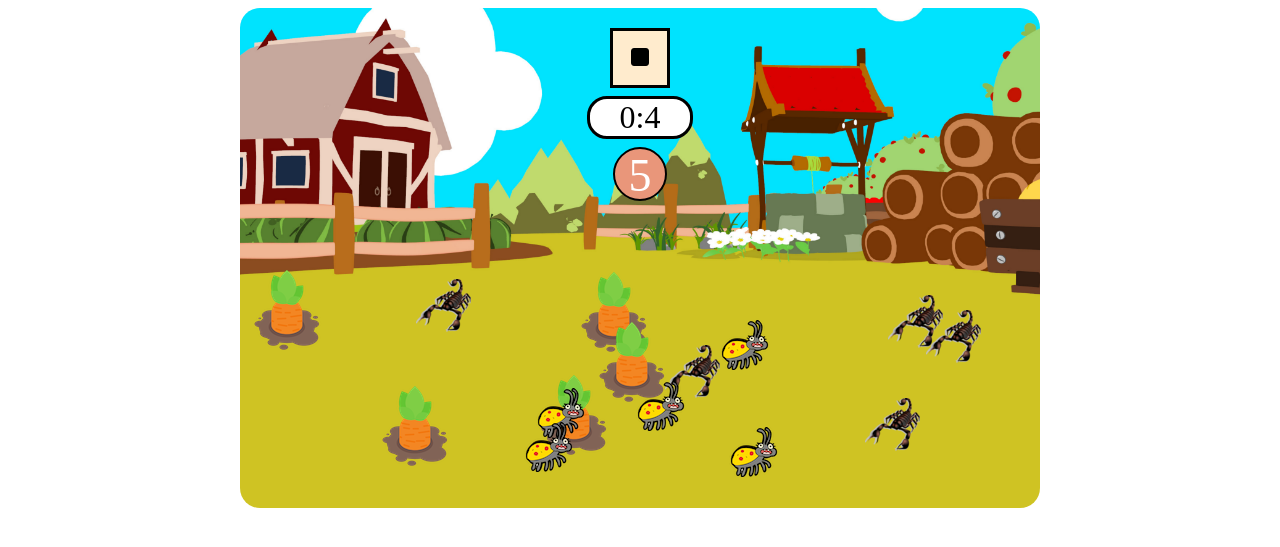
Repository: ggandory/browser101
Page: chapter7/carrot/index.html
An editor plug-in stored every save of this project. The page is shown before and after the next save, followed by the edit.
The browser window is 1280 px wide. The pictures show the whole page.
After loading, the first visible `button.game_button` was clicked once.
Some web libraries are served in a nearby version.

Above is the page before, as saved 2024-05-05 23:24:48.

### chapter7/carrot/index.html
<!DOCTYPE html>
<html lang="en">
  <head>
    <meta charset="UTF-8" />
    <meta name="viewport" content="width=device-width, initial-scale=1.0" />
    <title>My First Game</title>
    <link rel="stylesheet" href="style.css" />
    <script src="main.js" defer></script>
    <script
      src="https://kit.fontawesome.com/9eb162ac0d.js"
      crossorigin="anonymous"
    ></script>
  </head>
  <body>
    <section class="game">
      <header class="game_header">
        <button class="game_button">
          <i class="fa-solid fa-play"></i>
        </button>
        <span class="game_timer">0:0</span>
        <span class="game_score">9</span>
      </header>
      <section class="game_field"></section>
    </section>
    <section class="pop-up pop-up-hide">
      <button class="pop-up_refresh">
        <i class="fa-solid fa-rotate-right"></i>
      </button>
      <span class="pop-up_message">hello</span>
    </section>
  </body>
</html>

### chapter7/carrot/style.css
button {
  border: none;
  outline: none;
  cursor: pointer;
}

body {
  text-align: center;
}

.game {
  display: flex;
  flex-direction: column;
  width: 800px;
  height: 500px;
  margin: auto;
  background: url(img/background.png) center/cover;
  border-radius: 20px;
}

.game_header {
  display: flex;
  flex-direction: column;
  align-items: center;
  padding: 20px;
}

.game_button {
  width: 60px;
  height: 60px;
  background-color: blanchedalmond;
  border: 3px solid black;
  font-size: 24px;
  transition: transform 300ms ease-in;
}
.game_button:hover {
  transform: scale(1.1);
}

.game_timer {
  width: 100px;
  background-color: white;
  text-align: center;
  border-radius: 20px;
  border: 3px solid black;
  font-size: 32px;
  margin-top: 8px;
  visibility: hidden; /*함부로 display:none하면 안됨 사이즈에 영향을 줌*/
}
.game_score {
  text-align: center;
  width: 50px;
  height: 50px;
  font-size: 46px;
  color: white;
  background-color: darksalmon;
  border-radius: 50%; /*둥글게 만들기*/
  margin-top: 8px;
  border: 2px solid black;
  visibility: hidden;
}

.game_field {
  position: relative;
  width: 100%;
  height: 100%;
  margin-top: 40px;
}

.pop-up {
  display: block;
  width: 350px;
  height: 140px;
  padding: 20px;
  background-color: #00000070;
  color: white;
  text-align: center;
  border-radius: 20px;
  margin: auto;
  transform: translateY(-150%);
}
.pop-up-hide {
  display: none;
}

.pop-up_refresh {
  width: 60px;
  height: 50px;
  font-size: 24px;
  background-color: wheat;
  border: 2px solid black;
  border-radius: 50%;
  transition: transform 300ms ease-in;
}
.pop-up_refresh:hover {
  transform: scale(1.1);
}

.pop-up_message {
  display: block; /*다음줄에 나오게 하려고*/
  font-size: 38px;
}

### chapter7/carrot/main.js
"use strict";

const CARROT_SIZE = 80;
const CARROT_COUNT = 5;
const BUG_COUNT = 5;
const MONSTER_COUNT = 5;
const GAME_DURATION_SEC = 5;

const field = document.querySelector(".game_field");
const fieldRect = field.getBoundingClientRect();
const gameBtn = document.querySelector(".game_button");
const gameTimer = document.querySelector(".game_timer");
const gameScore = document.querySelector(".game_score");

const popUp = document.querySelector(".pop-up");
const popUpText = document.querySelector(".pop-up_message");
const popUpRefresh = document.querySelector(".pop-up_refresh");

let started = false;
let score = 0;
let timer = undefined;

gameBtn.addEventListener("click", () => {
  if (started) {
    stopGame();
  } else {
    startGame();
  }
  started = !started;
});

function startGame() {
  initGame();
  showStopButton();
  showTimerAndScore();
  startGameTimer();
}
function stopGame() {
  stopGameTimer();
  hideGameButton();
  showPopUpWithText("REPLAY?");
}

function showStopButton() {
  const icon = gameBtn.querySelector(".fa-play");
  icon.classList.add("fa-stop");
  icon.classList.remove("fa-play");
}

function hideGameButton() {
  gameBtn.style.visibility = "hidden";
}

function showTimerAndScore() {
  gameTimer.style.visibility = "visible";
  gameScore.style.visibility = "visible";
}

//이 함수 이해가 잘 안감
function startGameTimer() {
  let remainingTimeSec = GAME_DURATION_SEC;
  updateTimerText(remainingTimeSec);
  timer = setInterval(() => {
    if (remainingTimeSec <= 0) {
      clearInterval(timer);
      return;
    }
    updateTimerText(--remainingTimeSec);
  }, 1000);
}

function stopGameTimer() {
  clearInterval(timer);
}

function updateTimerText(time) {
  const minutes = Math.floor(time / 60);
  const seconds = time % 60;
  gameTimer.innerHTML = `${minutes}:${seconds}`;
}

function showPopUpWithText(text) {
  popUpText.innerHTML = text;
  popUp.classList.remove("pop-up-hide");
}

function initGame() {
  //벌레와 당근을 생성한뒤 field에 추가해준다.

  field.innerHTML = "";
  gameScore.innerText = CARROT_COUNT;
  addItem("carrot", CARROT_COUNT, "img/carrot.png");
  addItem("monster", MONSTER_COUNT, "img/monster.png");
  addItem("bug", BUG_COUNT, "img/bug.png");
}

function addItem(className, count, imgPath) {
  const x1 = 0;
  const y1 = 0;
  const x2 = fieldRect.width - CARROT_SIZE;
  const y2 = fieldRect.height - CARROT_SIZE;
  for (let i = 0; i < count; i++) {
    const item = document.createElement("img");
    item.setAttribute("class", className);
    item.setAttribute("src", imgPath);
    item.style.position = "absolute"; //근데 왜 이걸 absolute로 잡은거지?
    const x = randomNumber(x1, x2);
    const y = randomNumber(y1, y2);
    item.style.left = `${x}px`;
    item.style.top = `${y}px`;
    field.appendChild(item);
  }
}

function randomNumber(min, max) {
  return Math.random() * (max - min) + min;
}

After the next save:
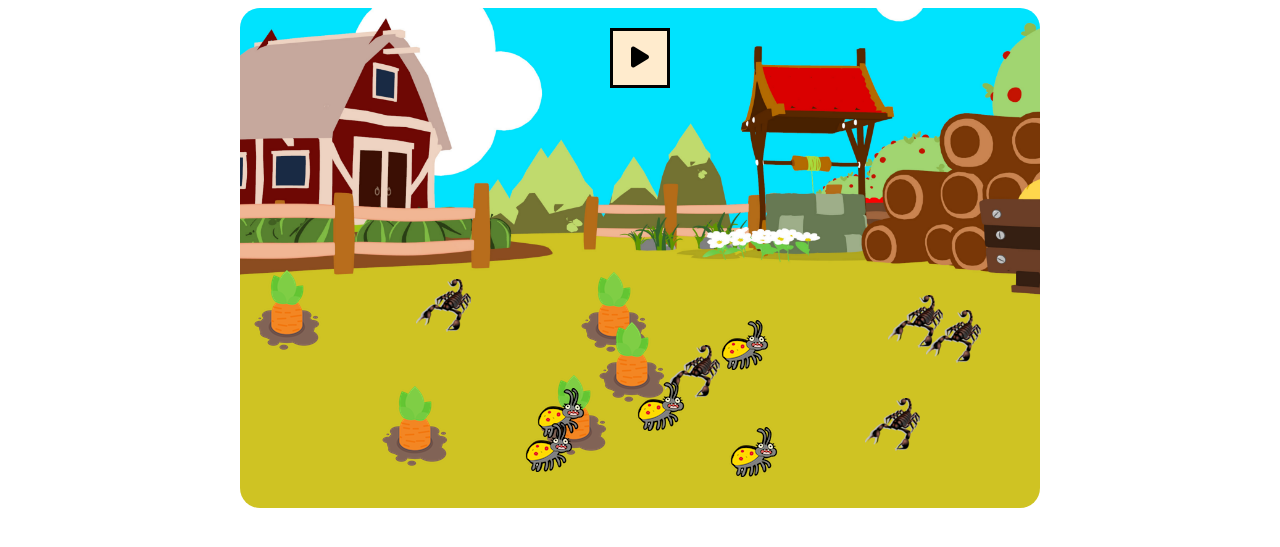
Console error: TypeError: Cannot read properties of null (reading 'classList')
Saved 59 min 22 s later.
--- a/chapter7/carrot/main.js
+++ b/chapter7/carrot/main.js
@@ -20,29 +20,41 @@ let started = false;
 let score = 0;
 let timer = undefined;
 
+field.addEventListener("click", (event) => onFieldClick(event));
+
 gameBtn.addEventListener("click", () => {
   if (started) {
     stopGame();
   } else {
     startGame();
   }
-  started = !started;
+});
+
+popUpRefresh.addEventListener("click", () => {
+  startGame();
 });
 
 function startGame() {
+  started = true;
   initGame();
   showStopButton();
   showTimerAndScore();
   startGameTimer();
 }
 function stopGame() {
+  started = false;
   stopGameTimer();
   hideGameButton();
   showPopUpWithText("REPLAY?");
 }
+function finishGame(win) {
+  started = false;
+  hideGameButton();
+  showPopUpWithText(win ? "YOU WON!" : "YOU LOST :(");
+}
 
 function showStopButton() {
-  const icon = gameBtn.querySelector(".fa-play");
+  const icon = gameBtn.querySelector(".fa");
   icon.classList.add("fa-stop");
   icon.classList.remove("fa-play");
 }
@@ -63,6 +75,8 @@ function startGameTimer() {
   timer = setInterval(() => {
     if (remainingTimeSec <= 0) {
       clearInterval(timer);
+      //이게 왜 you lost로 뜨는지 이해가 안감
+      finishGame(CARROT_COUNT === score);
       return;
     }
     updateTimerText(--remainingTimeSec);
@@ -94,6 +108,31 @@ function initGame() {
   addItem("bug", BUG_COUNT, "img/bug.png");
 }
 
+function onFieldClick(event) {
+  if (!started) {
+    return;
+  }
+  const target = event.target;
+  if (target.matches(".carrot")) {
+    target.remove();
+    score++;
+    updateScoreBoard();
+    if (score === CARROT_COUNT) {
+      finishGame(true);
+    }
+  } else if (target.matches(".bug")) {
+    stopGameTimer();
+    finishGame(false);
+  } else if (target.matches(".monster")) {
+    stopGameTimer();
+    finishGame(false);
+  }
+}
+
+function updateScoreBoard() {
+  gameScore.innerText = CARROT_COUNT - score;
+}
+
 function addItem(className, count, imgPath) {
   const x1 = 0;
   const y1 = 0;
